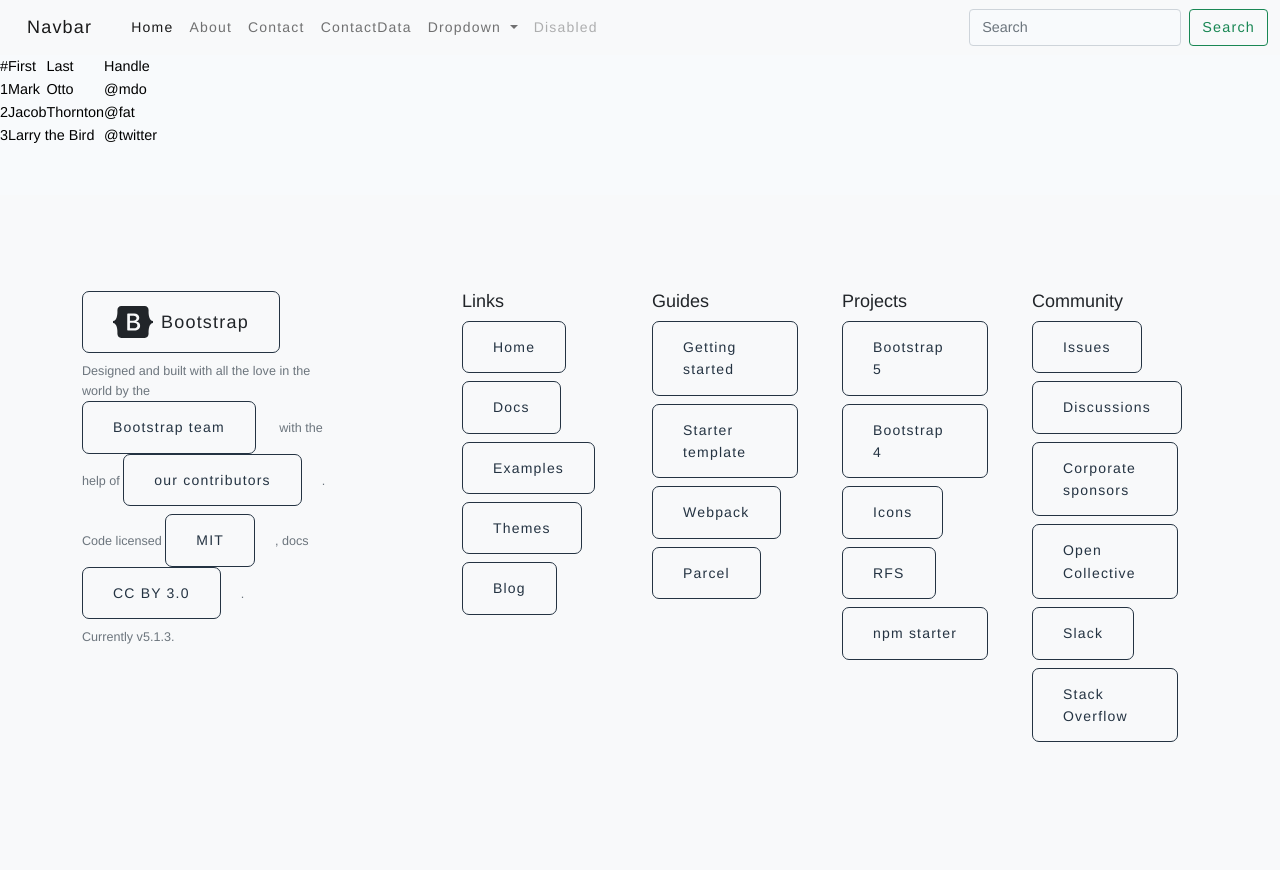
Repository: Aram5864/aaa
Page: http://localhost/contact/all
An editor plug-in stored every save of this project. The page is shown before and after a run of saves, followed by the edit.
The browser window is 1280 px wide. The pictures show the whole page.
The page is served by the project's Laravel application, run on PHP 8.4 with Laravel 8. Other server files are loaded and not shown. Style sheets and scripts are compiled from the project's sources, by tool versions that may differ from the author's. Queries for data that is not in the repository find no rows.

Above is the page before, as saved 2022-04-11 13:20:44.

### routes/web.php
<?php

use App\Http\Controllers\ContactController;
use Illuminate\Support\Facades\Route;

Route::get('/', function () {
    return view('home');
})->name('home');
Route::get('/about', function () {
    return view('about');
})->name('about');
Route::get('/contact', function () {
    return view('contact');
})->name('contact');


Route::post('/contact/submit', [ContactController::class, 'submit'])->name('contact-submit');
Route::get('/contact/all', [ContactController::class, 'contactData'])->name('contact-data');

### app/Http/Controllers/ContactController.php
<?php

namespace App\Http\Controllers;
use App\Http\Requests\ContactRequest as RequestsContactRequest;
use App\Models\Contact;
use Illuminate\Http\Request;
use PhpParser\Node\Expr\AssignOp\Concat;

class ContactController extends Controller
{
    public function submit(RequestsContactRequest $req){

        $contact = new Contact();
        $contact->name=$req->input('name');
        $contact->email=$req->input('email');
        $contact->message=$req->input('message');

        $contact->save();

        return redirect()->route('about')->with('success',"Ձեր հաղորդագրությունը հաջողությամբ գնաց");

    }

    public function contactData()
    {
        return view('ContactData',[Contact::all()]);
    }

}

### resources/views/ContactData.blade.php
@extends('layouts.app')

@section('title')
    Contact Data
@endsection

@section('content')
    <table class="table-success">
        <thead>
            <tr>
                <th scope="col">#</th>
                <th scope="col">First</th>
                <th scope="col">Last</th>
                <th scope="col">Handle</th>
            </tr>
        </thead>
        <tbody>
            <tr>
                <th scope="row">1</th>
                <td>Mark</td>
                <td>Otto</td>
                <td>@mdo</td>
            </tr>
            <tr>
                <th scope="row">2</th>
                <td>Jacob</td>
                <td>Thornton</td>
                <td>@fat</td>
            </tr>
            <tr>
                <th scope="row">3</th>
                <td colspan="2">Larry the Bird</td>
                <td>@twitter</td>
            </tr>
        </tbody>
    </table>
@endsection

### resources/views/layouts/app.blade.php
<!DOCTYPE html>
<html lang="en">

<head>
    <meta charset="UTF-8">
    <meta name="viewport" content="width=device-width, initial-scale=1.0">
    <meta http-equiv="X-UA-Compatible" content="ie=edge">
    <link rel="stylesheet" href="/css/app.css">
    <title> @yield('title')
    </title>
</head>

<body>



    @include('layouts.navbar')
    <div class="container">
        @include('layouts.messages')
    </div>
    @yield('content')
    @include('layouts.footer')

</body>

</html>

### resources/views/layouts/navbar.blade.php

@section('navbar')

    <nav class="navbar navbar-expand-lg navbar-light bg-light">
        <div class="container-fluid">
            <a class="navbar-brand" href="/">Navbar</a>
            <button class="navbar-toggler" type="button" data-bs-toggle="collapse" data-bs-target="#navbarSupportedContent"
                aria-controls="navbarSupportedContent" aria-expanded="false" aria-label="Toggle navigation">
                <span class="navbar-toggler-icon"></span>
            </button>
            <div class="collapse navbar-collapse" id="navbarSupportedContent">
                <ul class="navbar-nav me-auto mb-2 mb-lg-0">
                    <li class="nav-item">
                        <a class="nav-link active" aria-current="page" href="/">Home</a>
                    </li>
                    <li class="nav-item">
                        <a class="nav-link" href="{{ route('about') }}">About</a>
                    </li>
                    <li class="nav-item">
                        <a class="nav-link" href="{{ route('contact') }}">Contact</a>
                    </li>
                    <li class="nav-item">
                        <a class="nav-link" href="{{ route('contact-data') }}">ContactData</a>
                    </li>
                    <li class="nav-item dropdown">
                        <a class="nav-link dropdown-toggle" href="#" id="navbarDropdown" role="button"
                            data-bs-toggle="dropdown" aria-expanded="false">
                            Dropdown
                        </a>
                        <ul class="dropdown-menu" aria-labelledby="navbarDropdown">
                            <li><a class="dropdown-item" href="#">Action</a></li>
                            <li><a class="dropdown-item" href="#">Another action</a></li>
                            <li>
                                <hr class="dropdown-divider">
                            </li>
                            <li><a class="dropdown-item" href="#">Something else here</a></li>
                        </ul>
                    </li>
                    <li class="nav-item">
                        <a class="nav-link disabled">Disabled</a>
                    </li>
                </ul>
                <form class="d-flex">
                    <input class="form-control me-2" type="search" placeholder="Search" aria-label="Search">
                    <button class="btn btn-outline-success" type="submit">Search</button>
                </form>
            </div>
        </div>
    </nav>

### resources/views/layouts/messages.blade.php
@if ($errors->any())
<ul>
    @foreach ($errors->all() as $error)
        <li class="alert alert-danger">
            {{ $error }}
        </li>
    @endforeach

</ul>
@endif


@if (session('success'))
<ul>
    <li class="alert alert-success">
        {{ session('success') }}
    </li>
</ul>
@endif

### resources/views/layouts/footer.blade.php

@section('footer')
<footer class="bd-footer py-5 mt-5 bg-light">
    <div class="container py-5">
      <div class="row">
        <div class="col-lg-3 mb-3">
          <a class="d-inline-flex align-items-center mb-2 link-dark text-decoration-none" href="/" aria-label="Bootstrap">
            <svg xmlns="http://www.w3.org/2000/svg" width="40" height="32" class="d-block me-2" viewBox="0 0 118 94" role="img"><title>Bootstrap</title><path fill-rule="evenodd" clip-rule="evenodd" d="M24.509 0c-6.733 0-11.715 5.893-11.492 12.284.214 6.14-.064 14.092-2.066 20.577C8.943 39.365 5.547 43.485 0 44.014v5.972c5.547.529 8.943 4.649 10.951 11.153 2.002 6.485 2.28 14.437 2.066 20.577C12.794 88.106 17.776 94 24.51 94H93.5c6.733 0 11.714-5.893 11.491-12.284-.214-6.14.064-14.092 2.066-20.577 2.009-6.504 5.396-10.624 10.943-11.153v-5.972c-5.547-.529-8.934-4.649-10.943-11.153-2.002-6.484-2.28-14.437-2.066-20.577C105.214 5.894 100.233 0 93.5 0H24.508zM80 57.863C80 66.663 73.436 72 62.543 72H44a2 2 0 01-2-2V24a2 2 0 012-2h18.437c9.083 0 15.044 4.92 15.044 12.474 0 5.302-4.01 10.049-9.119 10.88v.277C75.317 46.394 80 51.21 80 57.863zM60.521 28.34H49.948v14.934h8.905c6.884 0 10.68-2.772 10.68-7.727 0-4.643-3.264-7.207-9.012-7.207zM49.948 49.2v16.458H60.91c7.167 0 10.964-2.876 10.964-8.281 0-5.406-3.903-8.178-11.425-8.178H49.948z" fill="currentColor"></path></svg>
            <span class="fs-5">Bootstrap</span>
          </a>
          <ul class="list-unstyled small text-muted">
            <li class="mb-2">Designed and built with all the love in the world by the <a href="/docs/5.1/about/team/">Bootstrap team</a> with the help of <a href="https://github.com/twbs/bootstrap/graphs/contributors">our contributors</a>.</li>
            <li class="mb-2">Code licensed <a href="https://github.com/twbs/bootstrap/blob/main/LICENSE" target="_blank" rel="license noopener">MIT</a>, docs <a href="https://creativecommons.org/licenses/by/3.0/" target="_blank" rel="license noopener">CC BY 3.0</a>.</li>
            <li class="mb-2">Currently v5.1.3.</li>
          </ul>
        </div>
        <div class="col-6 col-lg-2 offset-lg-1 mb-3">
          <h5>Links</h5>
          <ul class="list-unstyled">
            <li class="mb-2"><a href="/">Home</a></li>
            <li class="mb-2"><a href="/docs/5.1/">Docs</a></li>
            <li class="mb-2"><a href="/docs/5.1/examples/">Examples</a></li>
            <li class="mb-2"><a href="https://themes.getbootstrap.com/">Themes</a></li>
            <li class="mb-2"><a href="https://blog.getbootstrap.com/">Blog</a></li>
          </ul>
        </div>
        <div class="col-6 col-lg-2 mb-3">
          <h5>Guides</h5>
          <ul class="list-unstyled">
            <li class="mb-2"><a href="/docs/5.1/getting-started/">Getting started</a></li>
            <li class="mb-2"><a href="/docs/5.1/examples/starter-template/">Starter template</a></li>
            <li class="mb-2"><a href="/docs/5.1/getting-started/webpack/">Webpack</a></li>
            <li class="mb-2"><a href="/docs/5.1/getting-started/parcel/">Parcel</a></li>
          </ul>
        </div>
        <div class="col-6 col-lg-2 mb-3">
          <h5>Projects</h5>
          <ul class="list-unstyled">
            <li class="mb-2"><a href="https://github.com/twbs/bootstrap">Bootstrap 5</a></li>
            <li class="mb-2"><a href="https://github.com/twbs/bootstrap/tree/v4-dev">Bootstrap 4</a></li>
            <li class="mb-2"><a href="https://github.com/twbs/icons">Icons</a></li>
            <li class="mb-2"><a href="https://github.com/twbs/rfs">RFS</a></li>
            <li class="mb-2"><a href="https://github.com/twbs/bootstrap-npm-starter">npm starter</a></li>
          </ul>
        </div>
        <div class="col-6 col-lg-2 mb-3">
          <h5>Community</h5>
          <ul class="list-unstyled">
            <li class="mb-2"><a href="https://github.com/twbs/bootstrap/issues">Issues</a></li>
            <li class="mb-2"><a href="https://github.com/twbs/bootstrap/discussions">Discussions</a></li>
            <li class="mb-2"><a href="https://github.com/sponsors/twbs">Corporate sponsors</a></li>
            <li class="mb-2"><a href="https://opencollective.com/bootstrap">Open Collective</a></li>
            <li class="mb-2"><a href="https://bootstrap-slack.herokuapp.com/">Slack</a></li>
            <li class="mb-2"><a href="https://stackoverflow.com/questions/tagged/bootstrap-5">Stack Overflow</a></li>
          </ul>
        </div>
      </div>
    </div>
  </footer>

### resources/sass/app.scss
// Fonts
@import url('https://fonts.googleapis.com/css?family=Nunito');

// Variables
@import 'variables';

// Bootstrap
@import '~bootstrap/scss/bootstrap';


html,
body {
    overflow-x: hidden
}

* {
    margin: 0;
    padding: 0;
    box-sizing: border-box;
    font-family: helvetica;
    font-weight: 300
}

a,
button {
    display: inline-block;
    padding: 14px 30px;
    text-decoration: none;
    color: #243342;
    letter-spacing: 1.2px;
    font-size: 14px;
    border: 1px solid #243342;
    border-radius: 7px;
    margin-right: 20px;
    transition: 0.15s ease-in-out
}

a.focus,
button {
    color: white;
    background: #243342
}

a.focus:hover,
button:hover {
    cursor: pointer;
    color: #1bf1dc
}

a:hover {
    background-color: #243342;
    color: #16f1d7
}

nav {
    position: fixed;
    top: 0;
    width: 100%;
    z-index: 2;
    background-color: rgb(36, 51, 66)
}

nav .wrapper {
    display: flex;
    align-items: center;
    justify-content: space-between;
    padding: 15px 5%
}

nav .hamburger {
    width: 30px;
    height: 30px;
    display: flex;
    flex-direction: column;
    justify-content: space-around;
    z-index: 3;
    opacity: 0;
    pointer-events: none
}

nav .hamburger:hover {
    cursor: pointer
}

nav .hamburger:hover span.slice {
    background-color: #b9bbbd
}

nav .hamburger span.slice {
    display: block;
    width: 100%;
    height: 2px;
    background-color: white;
    transition: 0.2s ease-in-out
}

nav.open .hamburger span.cheese.slice {
    opacity: 0
}

nav.open .hamburger span.lettuce.slice {
    transform-origin: center left;
    transform: rotate(43deg)
}

nav.open .hamburger span.beef.slice {
    transform-origin: center left;
    transform: rotate(-43deg)
}

nav.open .linkWrapper {
    opacity: 1;
    display: flex;
    pointer-events: initial
}

nav h1 {
    color: white;
    font-weight: 300;
    font-size: 22px;
    letter-spacing: 1.2px
}

nav a {
    color: white;
    text-decoration: none;
    display: inline-block;
    padding: 5px 15px;
    font-weight: 300;
    letter-spacing: 1.2;
    border: none;
    margin: 0
}

a.active {
    color: #16f1dc;
    font-weight: 500
}

.map {
    position: fixed;
    width: 100vw;
    height: 100vh
}

.map:after {
    content: "";
    position: absolute;
    top: 0;
    left: 0;
    height: 100%;
    width: 100%;
    background: linear-gradient(45deg, rgba(7, 45, 72, 0.8), rgba(195, 195, 195, 0.8))
}

.content {
    position: fixed;
    top: 60px;
    height: calc(100vh - 60px);
    width: 100vw;
    display: flex;
    align-items: center;
    justify-content: center;
    overflow: auto;
    padding: 20px
}

.contact {
    width: 80%;
    max-width: 1080px;
    display: flex;
    box-shadow: 0px 0px 40px rgba(0, 0, 0, 0.28);
    border-radius: 5px;
    overflow: hidden
}

.other {
    width: 60%;
    background-image: url(https://images.unsplash.com/photo-1485119584289-30ca2b38c67e?dpr=1&auto=format&fit=crop&w=1500&h=1000&q=80&cs=tinysrgb&crop=);
    background-size: cover;
    background-position: center;
    position: relative;
    display: flex;
    flex-direction: column;
    justify-content: flex-end
}

.other:before {
    content: "";
    position: absolute;
    top: 0;
    left: 0;
    height: 100%;
    width: 100%;
    background: linear-gradient(45deg, rgb(36, 51, 66), rgba(36, 51, 66, 0.81))
}

.form {
    width: 40%;
    background-color: white;
    padding: 20px;
    display: flex;
    flex-direction: column;
    align-items: flex-end
}

.form h1 {
    text-align: center;
    margin-bottom: 20px;
    width: 100%
}

.form form {
    width: 100%;
    display: flex;
    flex-direction: column;
    align-items: flex-end
}

.flex-rev {
    display: flex;
    flex-direction: column-reverse;
    margin-bottom: 10px;
    width: 100%
}

.flex-rev input,
.flex-rev textarea {
    border: none;
    background-color: #e6e6e6;
    padding: 12px 10px;
    font-size: 16px;
    resize: none;
    margin-top: 7px;
    margin-bottom: 16px;
    border-radius: 5px;
    color: #243342;
    outline-color: #243342;
    outline-width: thin;
    -webkit-appearance: none
}

.flex-rev textarea {
    height: 150px
}

button {
    -webkit-appearance: none;
    margin-right: 0
}

.info {
    position: relative;
    padding: 20px
}

h2 {}

.info h2 {
    color: #16f1dc;
    font-size: 34px
}

.info h3 {
    color: white;
    letter-spacing: 1.2px;
    margin-top: 20px
}

.svg-wrap {
    display: flex;
    margin-top: 14px
}

.svg-wrap a {
    border: 0;
    padding: 0;
    display: flex;
    color: #bbbbbb;
    font-size: 16px;
    justify-content: center;
    align-items: center;
    font-style: italic
}

.svg-wrap a svg {
    width: 20px;
    height: 20px;
    fill: white;
    transition: fill 0.2s ease-in-out;
    margin-right: 13px
}

.svg-wrap a:hover svg {
    fill: #16f1dc;
    cursor: pointer
}

.svg-wrap a:hover {
    background-color: transparent;
    color: #16f1dc;
    cursor: pointer
}

@media screen and (max-width: 900px) {
    .content {
        padding: 10px 0 0;
        display: block
    }

    .map {
        display: none
    }

    .contact {
        width: 100%;
        flex-direction: column-reverse;
        border-radius: 0;
        box-shadow: 0px 0px 0px 0px
    }

    .other {
        width: 100%;
        padding: 20px 0
    }

    .form {
        width: 100%
    }
}

@media screen and (max-height: 660px) {
    .content {
        align-items: flex-start
    }
}

@media screen and (max-width: 660px) {
    nav .hamburger {
        opacity: 1;
        pointer-events: initial
    }

    nav div.linkWrapper {
        top: 0;
        right: 0;
        position: fixed;
        height: 100vh;
        background-color: rgba(36, 51, 66, 0.9);
        display: flex;
        flex-direction: column;
        padding: 10px 0;
        box-shadow: -10px 0px 20px rgba(0, 0, 0, 0.3);
        width: 100%;
        justify-content: center;
        will-change: transform;
        opacity: 0;
        display: none;
        pointer-events: none;
        transition: opacity 0.3s ease-in-out
    }

    nav div a {
        color: white;
        text-decoration: none;
        display: inline-block;
        font-weight: 300;
        letter-spacing: 1.5;
        width: 100%;
        margin-bottom: 31px;
        text-align: center;
        font-size: 38px
    }
}

### resources/sass/_variables.scss
// Body
 $body-bg:#f8fafc;

// Typography
$font-family-sans-serif: 'Nunito', sans-serif;
$font-size-base: 0.9rem;
$line-height-base: 1.6;

Loaded but not shown: app/Http/Controllers/Controller.php (common file); app/Models/Contact.php (common file)

After the next 2 saves:
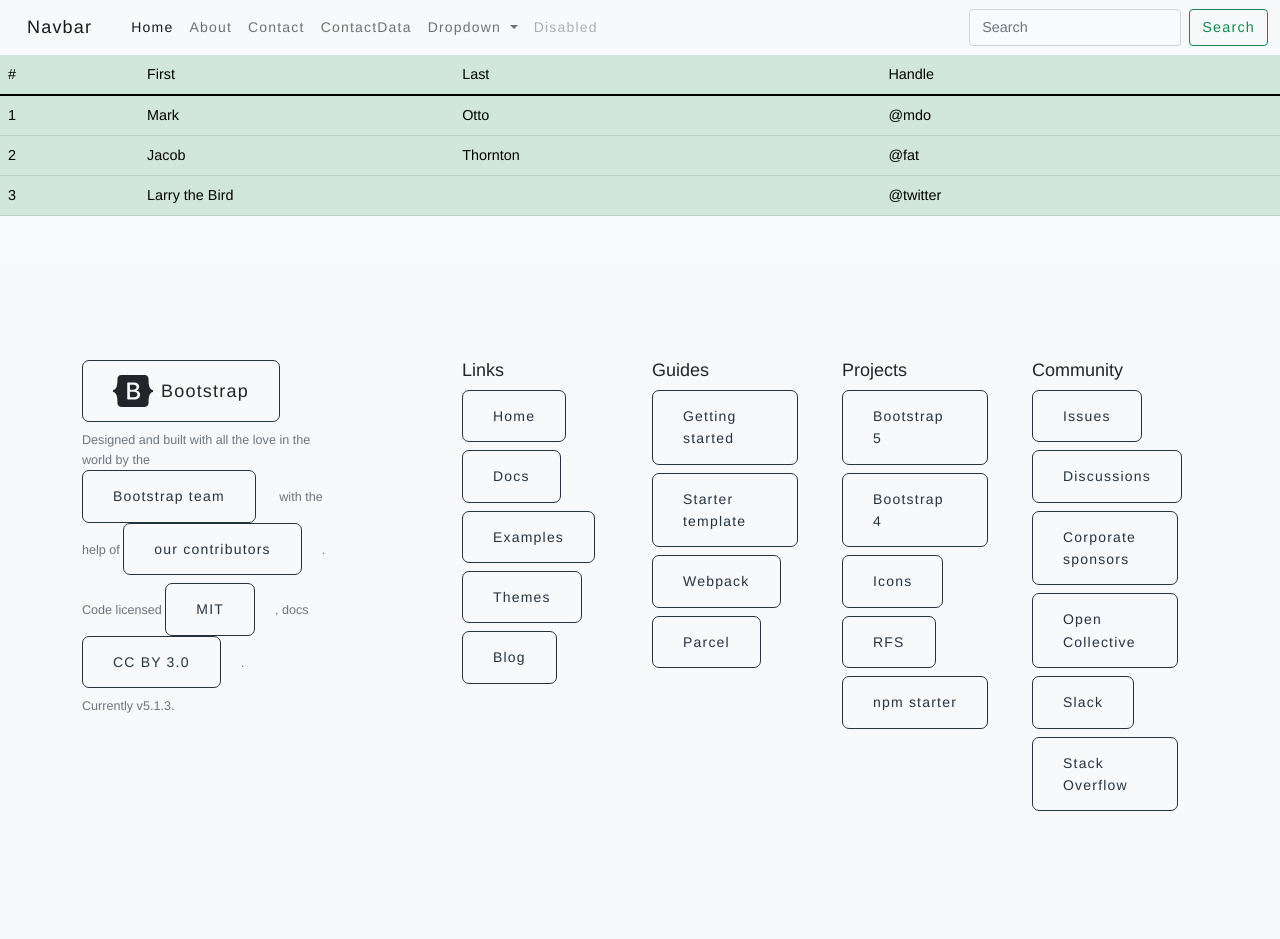
The 2 saves are shown as one change because they came seconds apart.
The last was saved 7 s later.
--- a/resources/views/ContactData.blade.php
+++ b/resources/views/ContactData.blade.php
@@ -5,7 +5,7 @@
 @endsection
 
 @section('content')
-    <table class="table-success">
+    <table class="table table-success">
         <thead>
             <tr>
                 <th scope="col">#</th>
